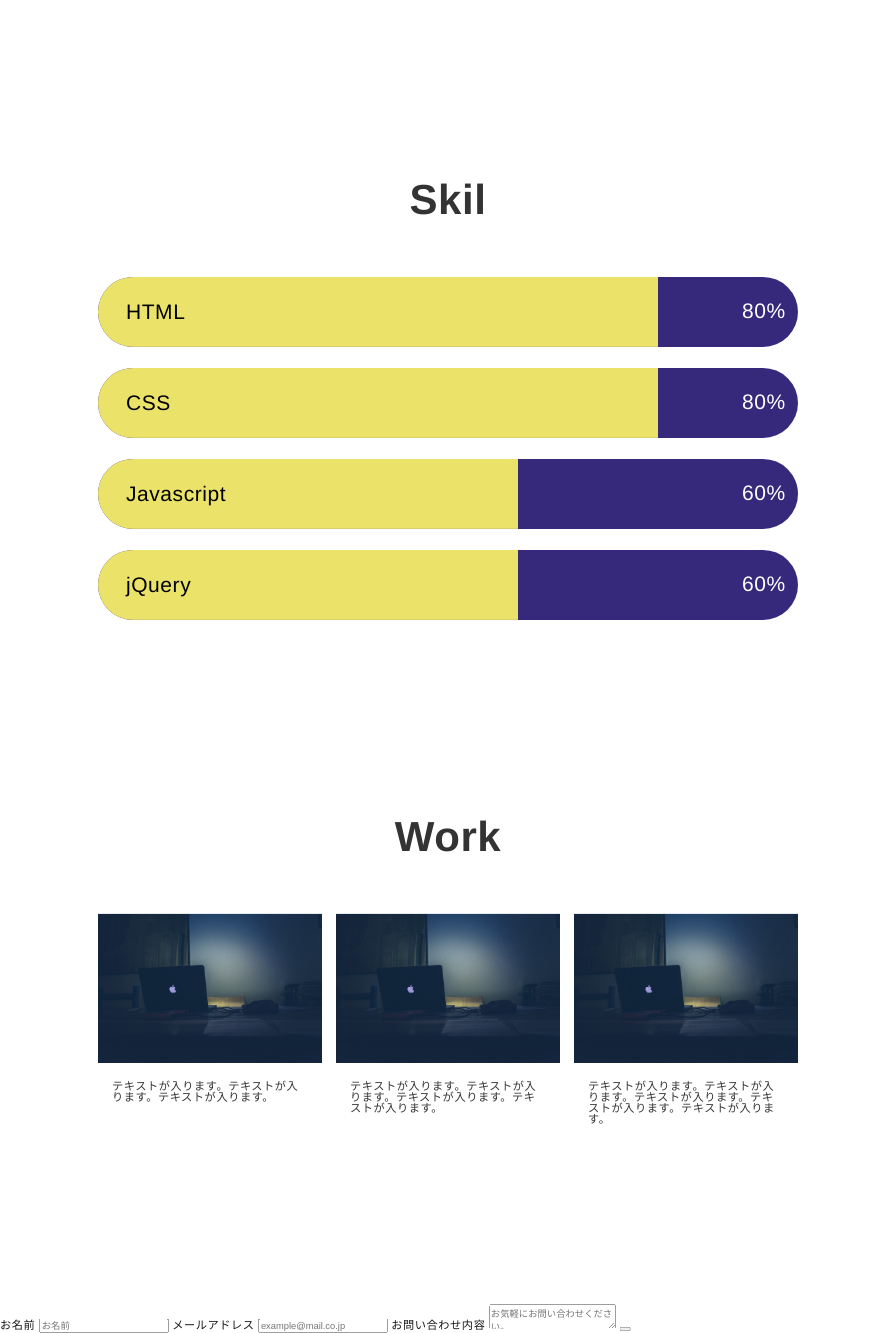
Repository: sadayuki15/portfolio
Page: index.html
The author's editor kept a copy of each file at every save. The page is drawn from the files as they stood at one save, then again after a run of saves.
The browser window is 1280 px wide. The pictures show the part of the page from y = 1482 to 3402 px (the page is 3386 px tall before and 3402 px after), at 70% of full size.

Above is the page before, as saved 2021-04-22 21:18:27.

After the next 4 saves:
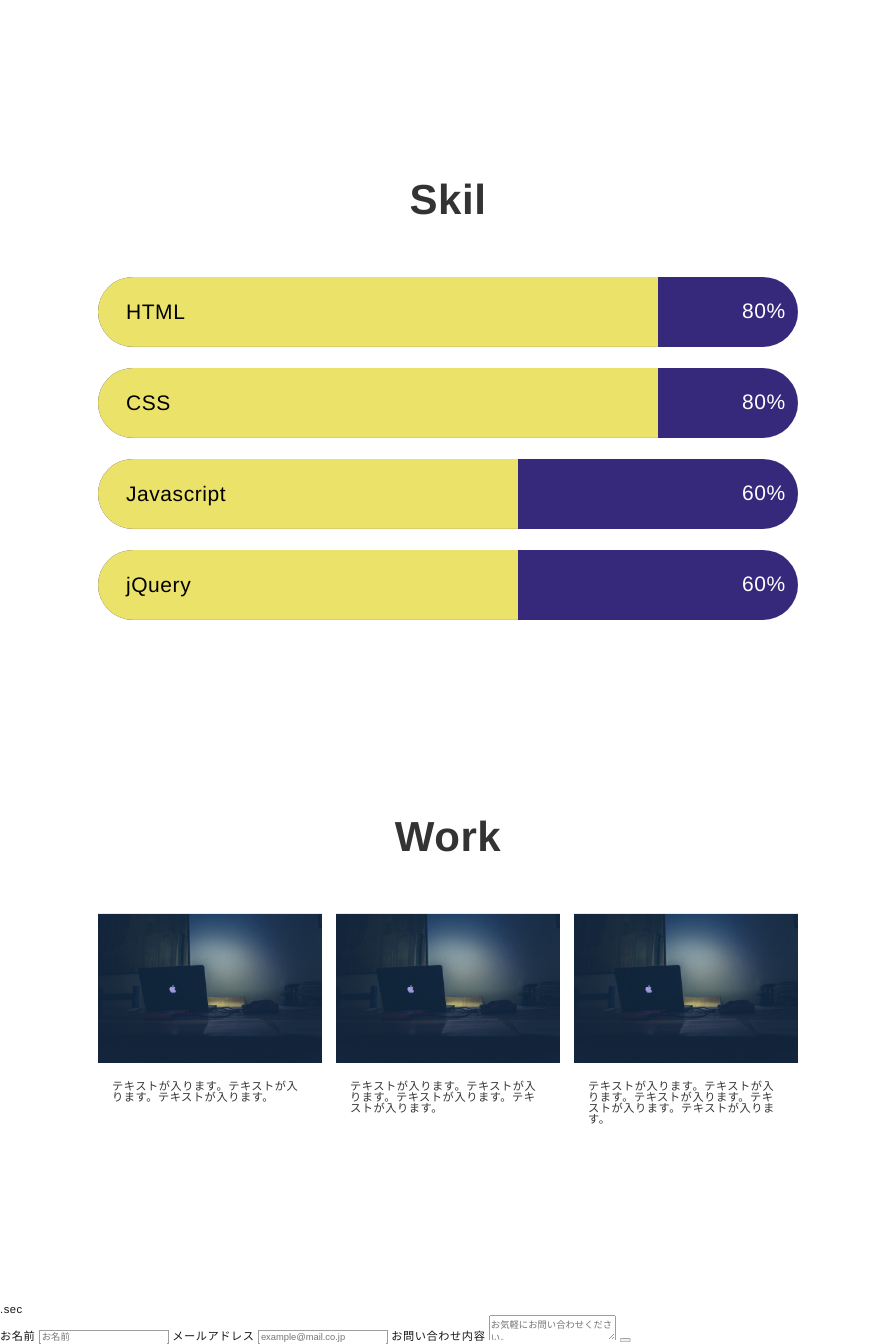
The 4 saves are shown as one change because they came seconds apart.
The last was saved 37 s later.
--- a/index.html
+++ b/index.html
@@ -148,7 +148,7 @@
   <!-- //works -->
 
   <!-- contact -->
-
+  .sec
   <form action="https://docs.google.com/forms/u/0/d/e/1FAIpQLSfCjsqzzj8C34UUE0Mi2WnerATBCsd4cWR83YcoPwhWItEpFQ/formResponse">
     <label for="name">お名前</label>
     <input id="name" type="text" name="entry.32834570" placeholder="お名前">
